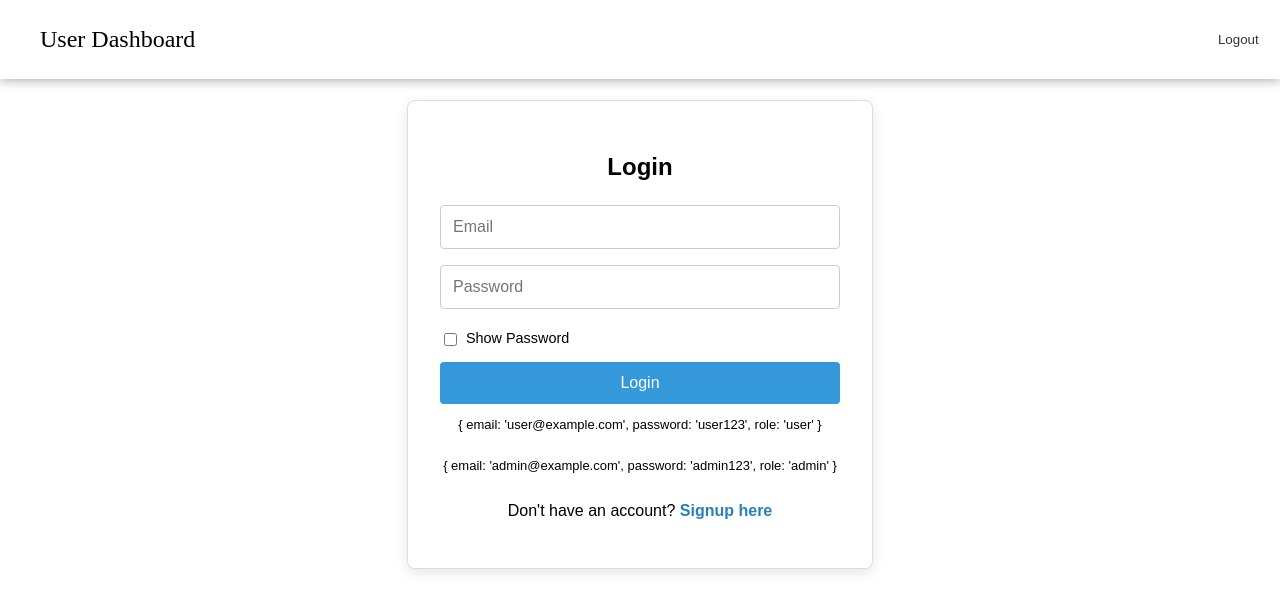
Repository: Edmund-Kiama/todoPHP
Page: / (app in task-manager-frontend/)
An editor plug-in stored every save of this project. The page is shown before and after a run of saves, followed by the edit.
The browser window is 1280 px wide. The pictures show the whole page.
The project was rebuilt for these pictures with package versions that can differ from the ones it lists, and the page was loaded fresh each time. Also part of the build but not shown: task-manager-frontend/vite.config.js, task-manager-frontend/src/components/Admin/admin.css, task-manager-frontend/src/components/Admin/AdminDashboard.vue, task-manager-frontend/src/components/User/user.css, task-manager-frontend/src/components/User/UserDashboard.vue, task-manager-frontend/src/components/Auth/signup.css, task-manager-frontend/src/components/Auth/Signup.vue.

Above is the page before, as saved 2025-07-12 23:22:21.

After the next 2 saves:
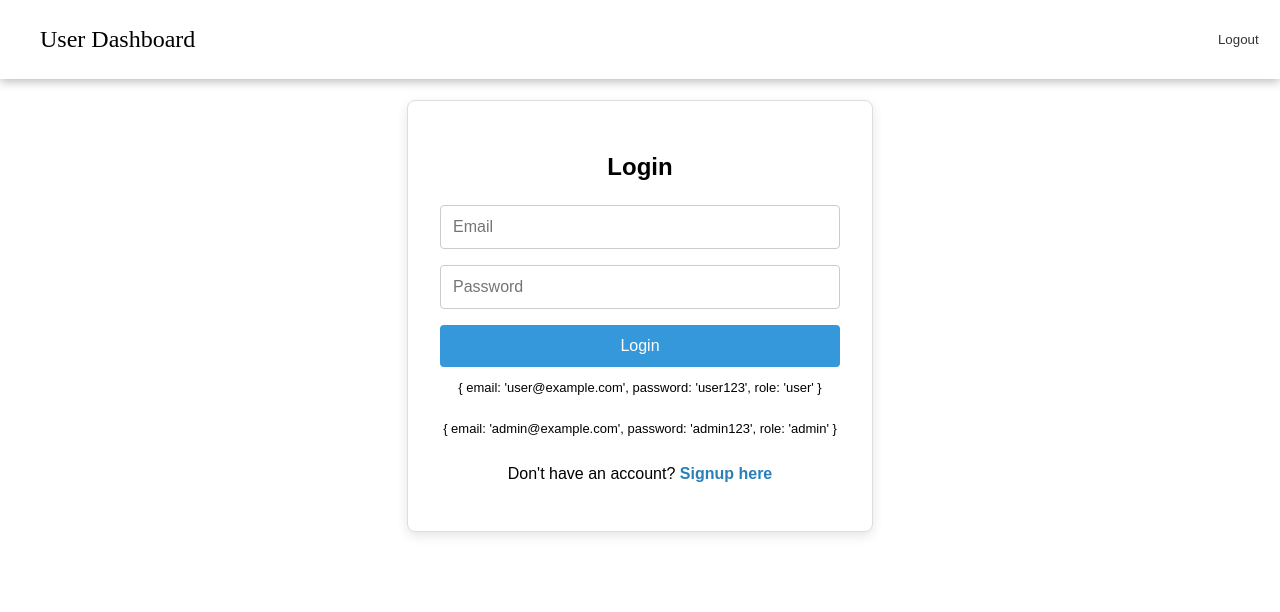
The 2 saves are shown as one change because they came seconds apart.
The last was saved 8 s later.
--- a/task-manager-frontend/src/components/Auth/Login.vue
+++ b/task-manager-frontend/src/components/Auth/Login.vue
@@ -74,7 +74,7 @@
         <form @submit.prevent="login">
             <input v-model="email" placeholder="Email" required />
             <input :type="showPassword ? 'text' :'password'" v-model="password" placeholder="Password" required />
-            <label class="show-toggle">
+            <label class="show-toggle" v-if="password">
                 <input type="checkbox" v-model="showPassword" />
                 Show Password
             </label>
